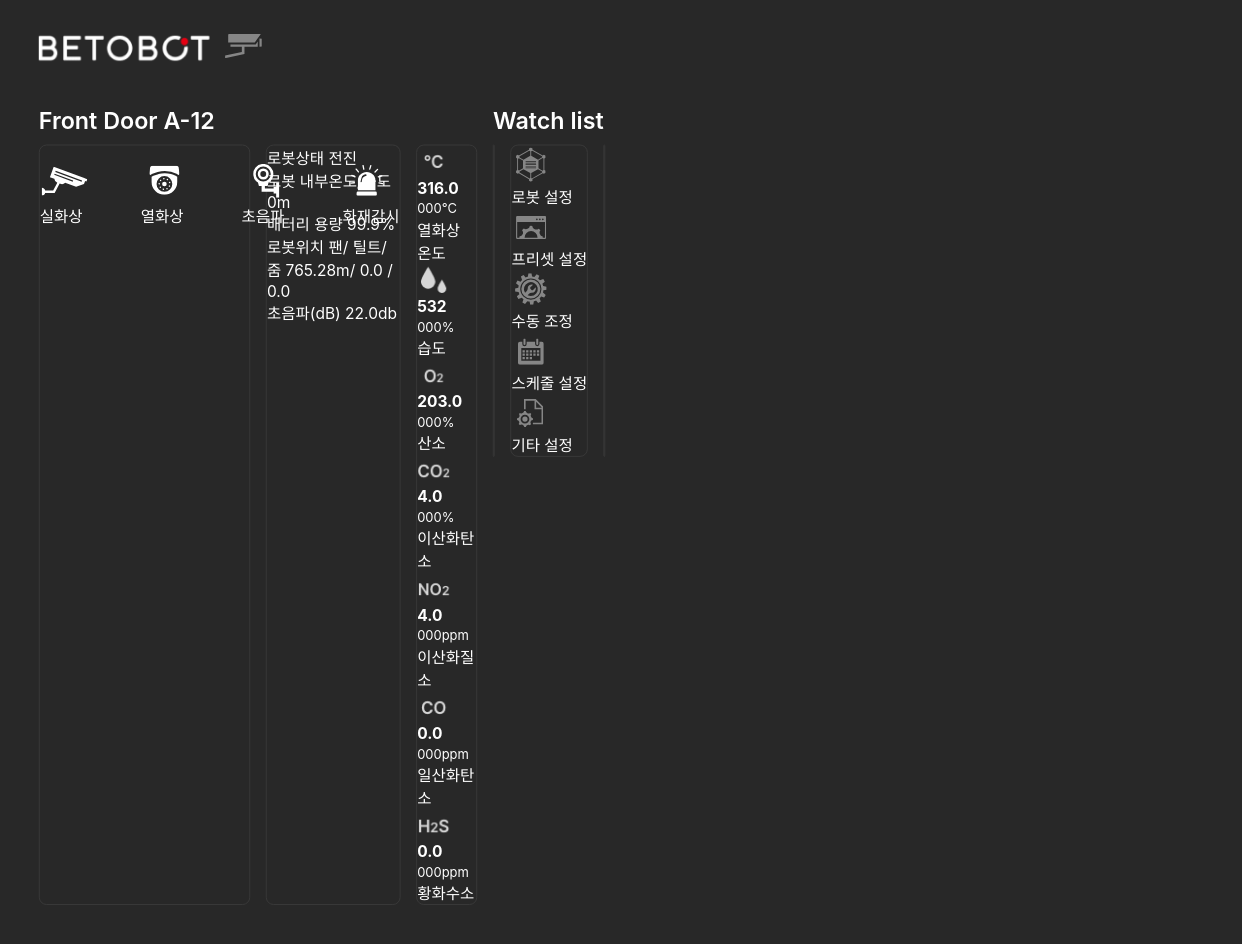
Repository: jang0ha/betobot
Page: content/main/main.html
These files come from the project's save history. The page is drawn as it stood at one moment and after the next save; the edit follows.
The browser window is 1280 px wide. The pictures show the whole page, at 97% of full size.
Some web fonts or font styles are not loaded; a fallback is used. The style sheet was rebuilt from its Sass, Less or Tailwind sources for each picture, by a compiler version that may differ from the author's.

Above is the page before, as saved 2022-07-12 17:12:44.

After the next save:
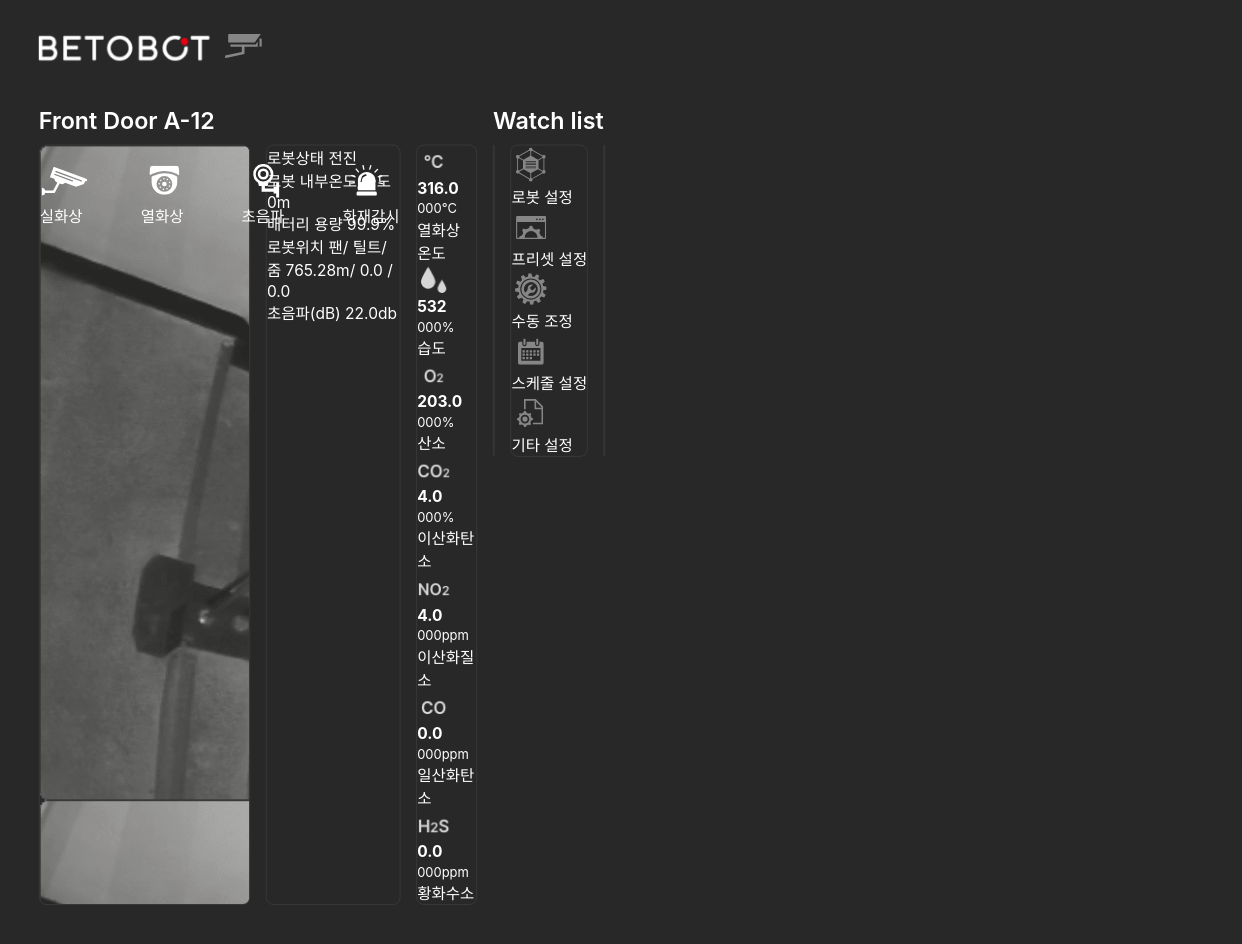
Saved 57 s later.
--- a/content/main/main.html
+++ b/content/main/main.html
@@ -45,7 +45,7 @@
                         <div class="left-container">
                             <div class="title">Front Door A-12</div>
                             <div class="row-wrap">
-                                <div class="front-list-wrap card" style="background:url('../../resources/images/@sample-front-img.png')no-repeat cneter center">
+                                <div class="front-list-wrap card" style="background-image:url('../../resources/images/@sample-front-img.png')">
                                     <ul>
                                         <li>
                                             <a href="javascript:'';"  class="active">
